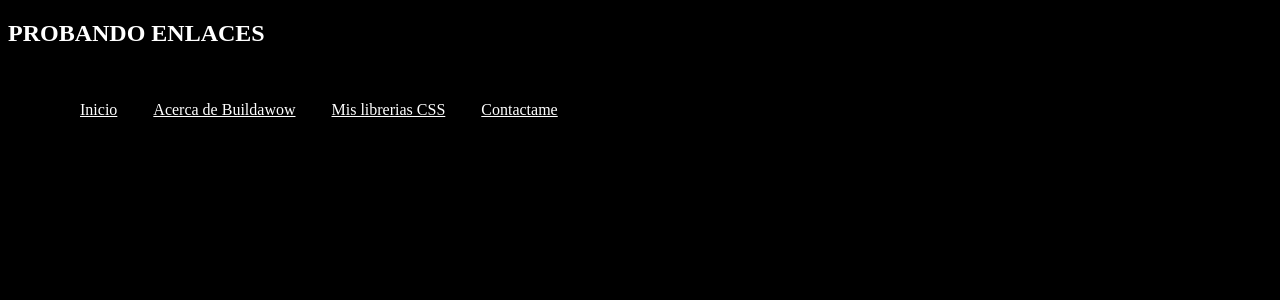
Repository: pabloestradagt/proyectobootstrap
Page: css/principal.html
The author's editor kept a record of every edit. The page is drawn from the files as they stood at one moment, then again after the next edit.
The browser window is 1280 px wide. The pictures show the whole page.

Above is the page before.

After the next edit:
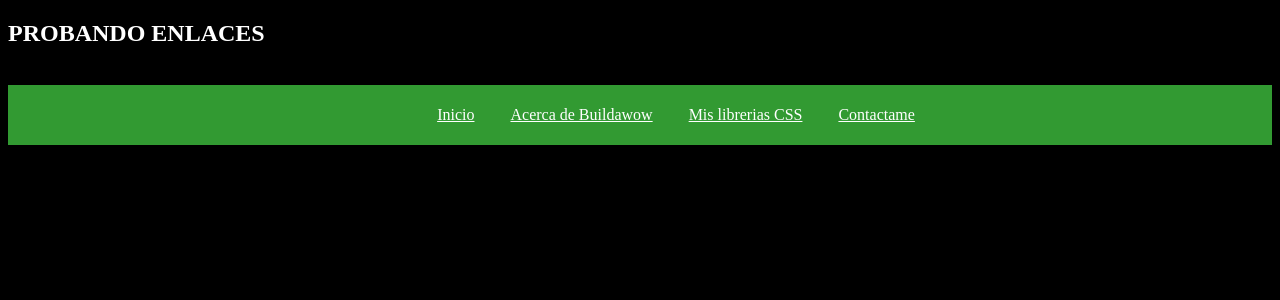
The edit:
--- a/css/css/estilo.css
+++ b/css/css/estilo.css
@@ -6,7 +6,7 @@
     color:white;
 }
 
-#centro {
+div {
     text-align:center;
     padding-top:5px;
     padding-bottom:5px;
